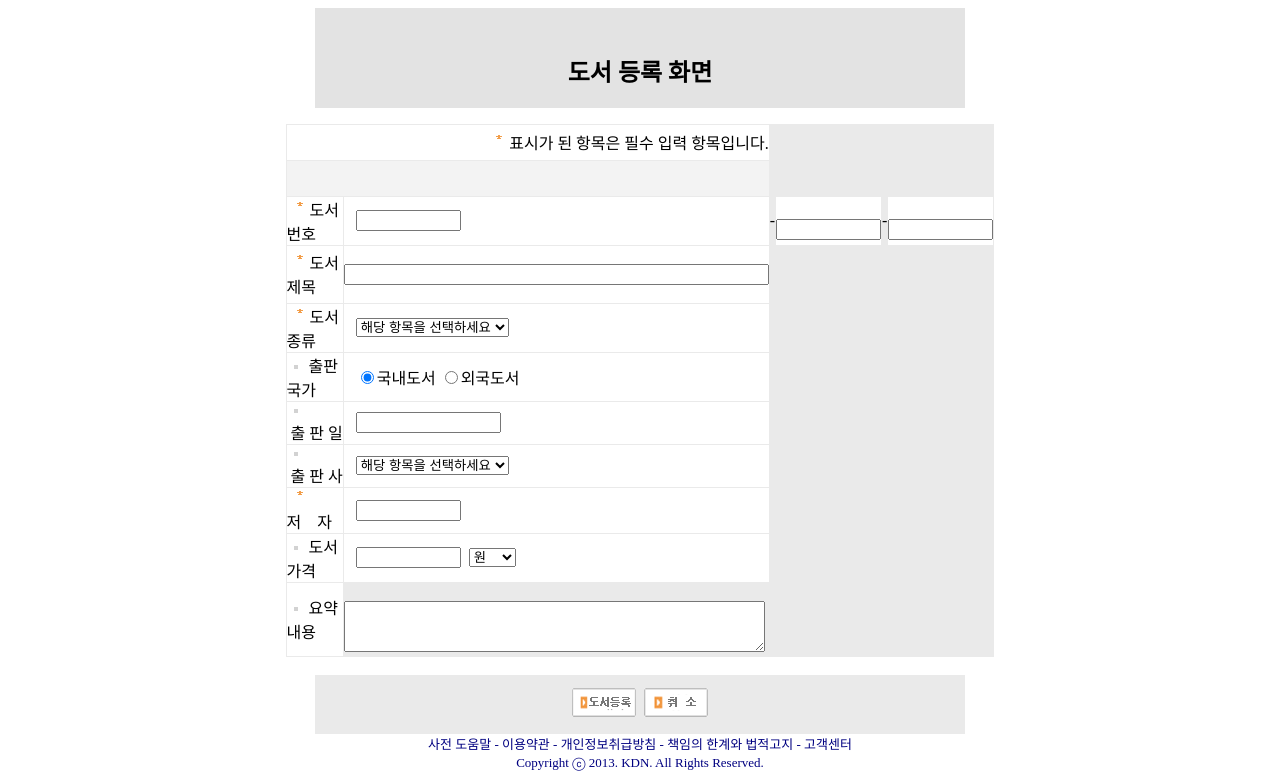
Repository: Minnaldo/Dev
Page: BackEnd/Eworkspace/ws_0911/WebContent/book.html
An editor plug-in stored every save of this project. The page is shown before and after the next save, followed by the edit.
The browser window is 1280 px wide. The pictures show the whole page.

Above is the page before, as saved 2019-09-13 02:19:47.

### BackEnd/Eworkspace/ws_0911/WebContent/book.html
<!DOCTYPE html>
<html>

<head>
	<meta charset="UTF-8">
	<title>Insert title here</title>
	<script src="https://code.jquery.com/jquery-3.4.1.js"></script>
	<script type="text/javascript">
		function bookInsert() {
			var frm = document.getElementById("bookForm");
			frm.submit();
		}


		function formReset() {
			var frm = document.getElementById("bookForm");
			frm.reset();
		}



	</script>
</head>

<body>
	<!--도서등록 타이틀 테이블 시작//-->
	<table width="650" cellpadding="0" cellspacing="0" align="center">
		<tr bgcolor="#E3E3E3" height=25>
			<td width="700" valign="middle"></td>
		</tr>
		<tr bgcolor="#E3E3E3">
			<td width="700" valign="middle">
				<center>
					<h2>도서 등록 화면</h2>
				</center>
			</td>
		</tr>
	</table>
	<!--도서등록 타이틀 끝//-->
	<p>
		<font color="#000000" size="3" face="굴림체">
			<!--도서정보입력 FORM 테이블시작//-->
			<form method="post" action="book.do" id="bookForm">
				<!--도서아이디정보 입력 테이블 시작//-->
				<table cellpadding="0" cellspacing="1" border="0" width="650" bgcolor="#EAEAEA" align="center">
					<!-- 필수입력필드표기 -->
					<tr>
						<td width="650" bgcolor="#FFFFFF" height="35" valign="middle" align="right" colspan="2">
							<img src="./images/star_orange.gif" hspace="7" vspace="3">표시가 된 항목은 필수 입력 항목입니다.
						</td>
					</tr>
					<tr>
						<td width="650" bgcolor="#F3F3F3" height="35" colspan="2">
						</td>
					</tr>
					<!--도서번호 입력-->
					<tr>
						<td bgcolor="#FFFFFF" height="35" width="120" valign="middle">
							<img src="./images/star_orange.gif" hspace="7" vspace="3">도서번호
						</td>
						<td bgcolor="#FFFFFF" height="35">&nbsp;&nbsp;
							<input type="text" name="isbn" size="10" MAXLENGTH="10" tabindex="1" required>
						</td>
						<td>-</td>
						<td bgcolor="#FFFFFF" height="35">&nbsp;&nbsp;
							<input type="text" name="isbn1" size="10" MAXLENGTH="10" tabindex="1" required>
						</td>
						<td>-</td>
						<td bgcolor="#FFFFFF" height="35">&nbsp;&nbsp;
							<input type="text" name="isbn2" size="10" MAXLENGTH="10" tabindex="1" required>
						</td>
					</tr>
					<!--도서제목-->
					<tr>
						<td bgcolor="#FFFFFF" height="35" width="120" valign="middle">
							<img src="./images/star_orange.gif" hspace="7" vspace="3">도서제목
						</td>
						<td bgcolor="#FFFFFF" height="35">&nbsp;&nbsp;
							<span class="info">
								<input type="text" name="title" size="50" MAXLENGTH="50" tabindex="2" required>&nbsp;
							</span>
						</td>
					</tr>
					<!--도서종류-->
					<tr>
						<td bgcolor="#FFFFFF" height="35" width="120" valign="middle">
							<img src="./images/star_orange.gif" hspace="7" vspace="3">도서종류
						</td>
						<td bgcolor="#FFFFFF" height="35">&nbsp;&nbsp;
							<span class="info">
								<select NAME="catalogue" width="100" tabindex="3" required>
									<option value="NONE">해당 항목을 선택하세요</option>
									<option value="AA">프로그래밍</option>
									<option value="BB">운영체제</option>
									<option value="CC">데이터베이스</option>
									<option value="DD">네트워크</option>
								</select>
							</span>
						</td>
					</tr>
					<!--출판국가-->
					<tr>
						<td bgcolor="#FFFFFF" height="35" width="120">
							<img src="./images/square_gray.gif" hspace="7" vspace="3">&nbsp;출판국가
						</td>
						<td bgcolor="#FFFFFF" height="35">&nbsp;&nbsp;
							<input type="radio" name="nation" value="국내" checked="checked" tabindex="4">국내도서
							<input type="radio" name="nation" value="외국" tabindex="5">외국도서
						</td>
					</tr>
					<!--출판일-->
					<tr>
						<td bgcolor="#FFFFFF" height="35" width="120">
							<img src="./images/square_gray.gif" hspace="7" vspace="3">&nbsp;출&nbsp;판&nbsp;일
						</td>
						<td bgcolor="#FFFFFF" height="35">&nbsp;&nbsp;
							<span id="publisheDate">
								<input type='text' name='publisheDate' size='15' tabindex="6">
							</span>
						</td>
					</tr>
					<!--출판사 -->
					<tr>
						<td bgcolor="#FFFFFF" height="35" width="120">
							<img src="./images/square_gray.gif" hspace="7" vspace="3">&nbsp;출&nbsp;판&nbsp;사
						</td>
						<td bgcolor="#FFFFFF" height="35">&nbsp;&nbsp;
							<span id="publisher">
								<select name='publisher' width="100" tabindex="7">
									<option value="NONE">해당 항목을 선택하세요</option>
									<option value='p1'>영진출판사</option>
									<option value='p2'>한빛미디어</option>
									<option value='p3'>프리렉출판사</option>
									<option value='p4'>네오솔루션</option>
									<option value='p5'>사이버출판사</option>
								</select>
							</span>
						</td>
					</tr>
					<!-- 저자 -->
					<tr>
						<td bgcolor="#FFFFFF" height="35" width="120" valign="middle">
							<img src="./images/star_orange.gif" hspace="7" vspace="3">저&nbsp;&nbsp;&nbsp;&nbsp;자
						</td>
						<td bgcolor="#FFFFFF" height="35">&nbsp;&nbsp;
							<span class="info">
								<input type="text" name="author" size="10" MAXLENGTH="50" tabindex="8" required>&nbsp;
							</span>
						</td>
					</tr>
					<!-- 도서가격 -->
					<tr>
						<td bgcolor="#FFFFFF" height="35" width="120" valign="middle">
							<img src="./images/square_gray.gif" hspace="7" vspace="3">&nbsp;도서가격
						</td>
						<td bgcolor="#FFFFFF" height="35">&nbsp;&nbsp;
							<span class="info">
								<input type="text" name="price" size="10" MAXLENGTH="6" tabindex="9">&nbsp;
							</span>
							<select name="currency" tabindex="10">
								<option value="원" selected>원</option>
								<option value="달러">달러</option>
							</select>
						</td>
					</tr>
					<!--요약내용-->
					<tr>
						<td bgcolor="#FFFFFF" height="60" width="120">
							<img src="./images/square_gray.gif" hspace="7" vspace="3">&nbsp;요약내용
						</td>
						<td>&nbsp;&nbsp;
							<textarea name="description" rows="3" cols="50" tabindex="11"></textarea>
						</td>
					</tr>
				</table>
				<!--기본입력 테이블 끝//-->

				<br>
				<table cellpadding="0" cellspacing="1" border="0" width="650" bgcolor="#EAEAEA" align="center">
					<tr>
						<td align="center" height="30" valign="middle">
							<a href="javascript:bookInsert()"><img src="./images/ok.gif" width="64"
									height="29" vspace="12" hspace="2" alt="확인" border="0" tabindex="19" border="0"></a>
							<a href="javascript:formReset()"><img src="./images/cancel.gif" width="64"
									height="29" vspace="12" hspace="2" alt="취소" tabindex="20" border="0"></a>
						</td>
					</tr>
				</table>
			</form>
			<!--정보입력 테이블끝//-->
		</font>
		<center>
			<font COLOR="NAVY" SIZE="2" FACE="굴림체">
				사전 도움말 - 이용약관 - 개인정보취급방침 - 책임의 한계와 법적고지 - 고객센터<br />
				Copyright ⓒ 2013. KDN. All Rights Reserved.
			</font>
		</center>
</body>

</html>

After the next save:
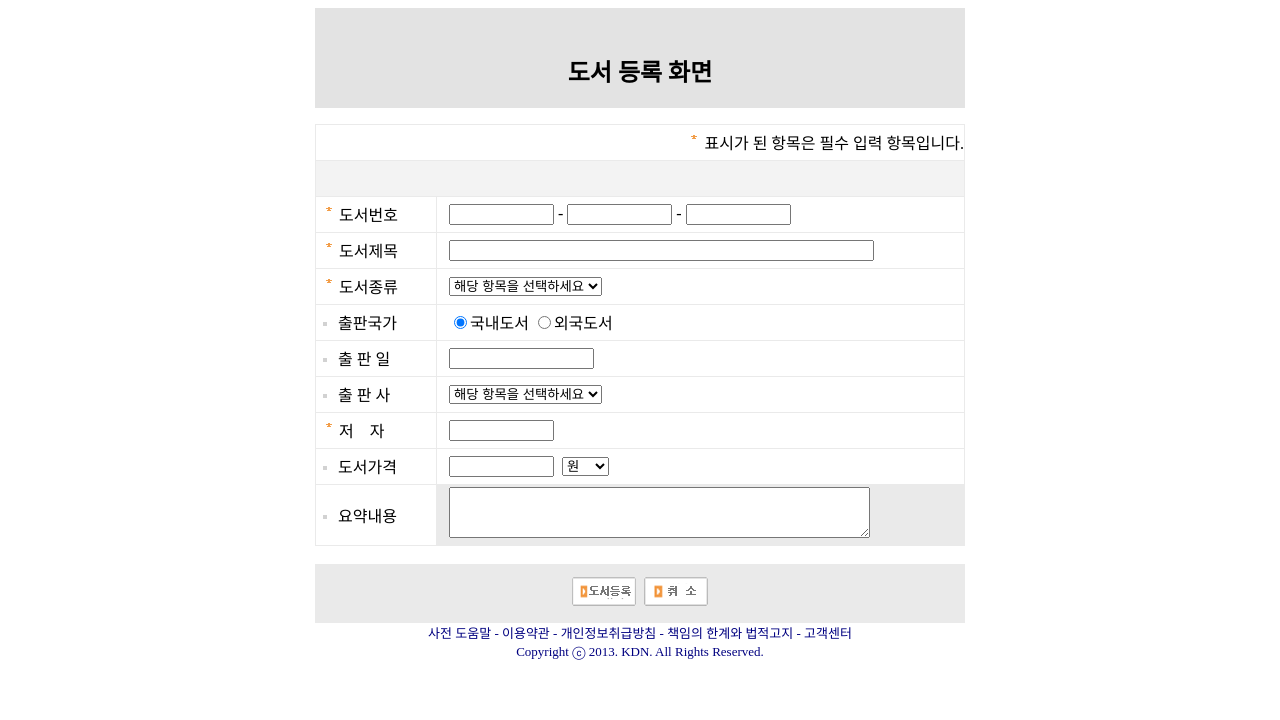
Saved 10 min 22 s later.
--- a/BackEnd/Eworkspace/ws_0911/WebContent/book.html
+++ b/BackEnd/Eworkspace/ws_0911/WebContent/book.html
@@ -60,13 +60,9 @@
 						</td>
 						<td bgcolor="#FFFFFF" height="35">&nbsp;&nbsp;
 							<input type="text" name="isbn" size="10" MAXLENGTH="10" tabindex="1" required>
-						</td>
-						<td>-</td>
-						<td bgcolor="#FFFFFF" height="35">&nbsp;&nbsp;
+							-
 							<input type="text" name="isbn1" size="10" MAXLENGTH="10" tabindex="1" required>
-						</td>
-						<td>-</td>
-						<td bgcolor="#FFFFFF" height="35">&nbsp;&nbsp;
+							-
 							<input type="text" name="isbn2" size="10" MAXLENGTH="10" tabindex="1" required>
 						</td>
 					</tr>
